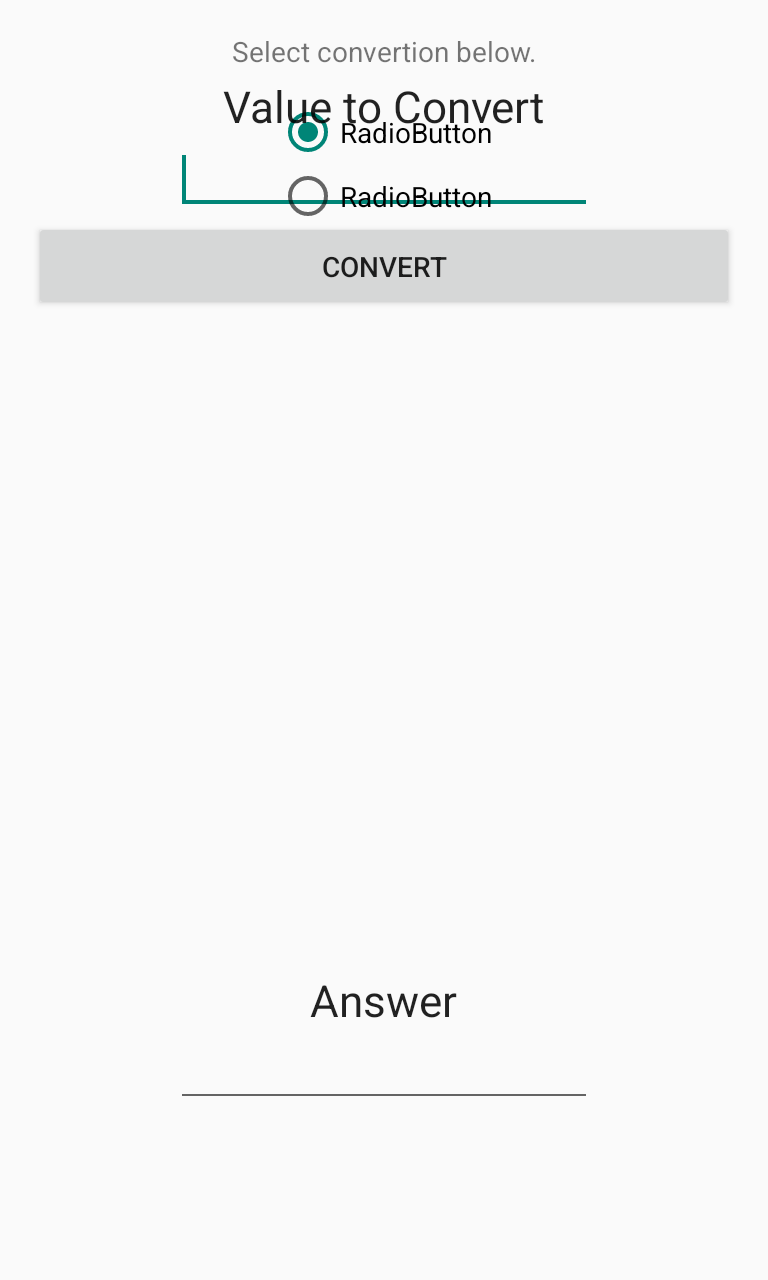
Repository: awayzo/6300Fall14Assignment4
Layout: UnitConvertor/res/layout/activity_dis.xml
These files come from the project's save history. The layout is drawn as it stood at one moment and after the next save; the edit follows.
It is drawn on a 768 x 1280 px phone screen (xhdpi) without system bars, with theme AppTheme; the app's code is not run.

Above is the layout before, as saved 2014-09-27 07:50:24.

### UnitConvertor/res/layout/activity_dis.xml
<RelativeLayout xmlns:android="http://schemas.android.com/apk/res/android"
    xmlns:tools="http://schemas.android.com/tools"
    android:layout_width="match_parent"
    android:layout_height="match_parent"
    android:paddingBottom="@dimen/activity_vertical_margin"
    android:paddingLeft="@dimen/activity_horizontal_margin"
    android:paddingRight="@dimen/activity_horizontal_margin"
    android:paddingTop="@dimen/activity_vertical_margin"
    tools:context="edu.gatech.seclass.unitconvertor.DisActivity" >

    <EditText
        android:id="@+id/txtAnswer"
        android:layout_width="wrap_content"
        android:layout_height="wrap_content"
        android:layout_alignParentBottom="true"
        android:layout_centerHorizontal="true"
        android:layout_marginBottom="68dp"
        android:ems="10"
        android:inputType="numberDecimal" />

    <TextView
        android:id="@+id/lblAnswer"
        android:layout_width="wrap_content"
        android:layout_height="wrap_content"
        android:layout_above="@+id/txtAnswer"
        android:layout_centerHorizontal="true"
        android:text="Answer"
        android:textAppearance="?android:attr/textAppearanceLarge" />

    <TextView
        android:id="@+id/lblTitle_Distance"
        android:layout_width="wrap_content"
        android:layout_height="wrap_content"
        android:layout_alignParentTop="true"
        android:layout_centerHorizontal="true"
        android:text="Select convertion below." />

    <EditText
        android:id="@+id/txtValue"
        android:layout_width="wrap_content"
        android:layout_height="wrap_content"
        android:layout_below="@+id/lblValue"
        android:layout_centerHorizontal="true"
        android:ems="10"
        android:inputType="numberDecimal" >

        <requestFocus />
    </EditText>

    <Button
        android:id="@+id/btnConvert"
        android:layout_width="match_parent"
        android:layout_height="wrap_content"
        android:layout_below="@+id/txtValue"
        android:layout_centerHorizontal="true"
        android:text="Convert" />

    <RadioGroup
        android:id="@+id/radioGroupDistance"
        android:layout_width="wrap_content"
        android:layout_height="wrap_content"
        android:layout_below="@+id/lblTitle_Distance"
        android:layout_centerHorizontal="true"
        android:layout_marginTop="15dp" >

        <RadioButton
            android:id="@+id/radio0"
            android:layout_width="wrap_content"
            android:layout_height="wrap_content"
            android:checked="true"
            android:text="RadioButton" />

        <RadioButton
            android:id="@+id/radio1"
            android:layout_width="wrap_content"
            android:layout_height="wrap_content"
            android:text="RadioButton" />

        <RadioButton
            android:id="@+id/radio2"
            android:layout_width="wrap_content"
            android:layout_height="wrap_content"
            android:text="RadioButton" />
    </RadioGroup>

    <TextView
        android:id="@+id/lblValue"
        android:layout_width="wrap_content"
        android:layout_height="wrap_content"
        android:layout_below="@+id/radioGroup1"
        android:layout_centerHorizontal="true"
        android:layout_marginTop="22dp"
        android:text="Value to Convert"
        android:textAppearance="?android:attr/textAppearanceLarge" />

</RelativeLayout>

Loaded but not shown: UnitConvertor/res/values/styles.xml (common file); UnitConvertor/res/values-v11/styles.xml (common file); UnitConvertor/res/values-v14/styles.xml (common file); UnitConvertor/res/values/dimens.xml (common file); UnitConvertor/res/values-w820dp/dimens.xml (common file)

After the next save:
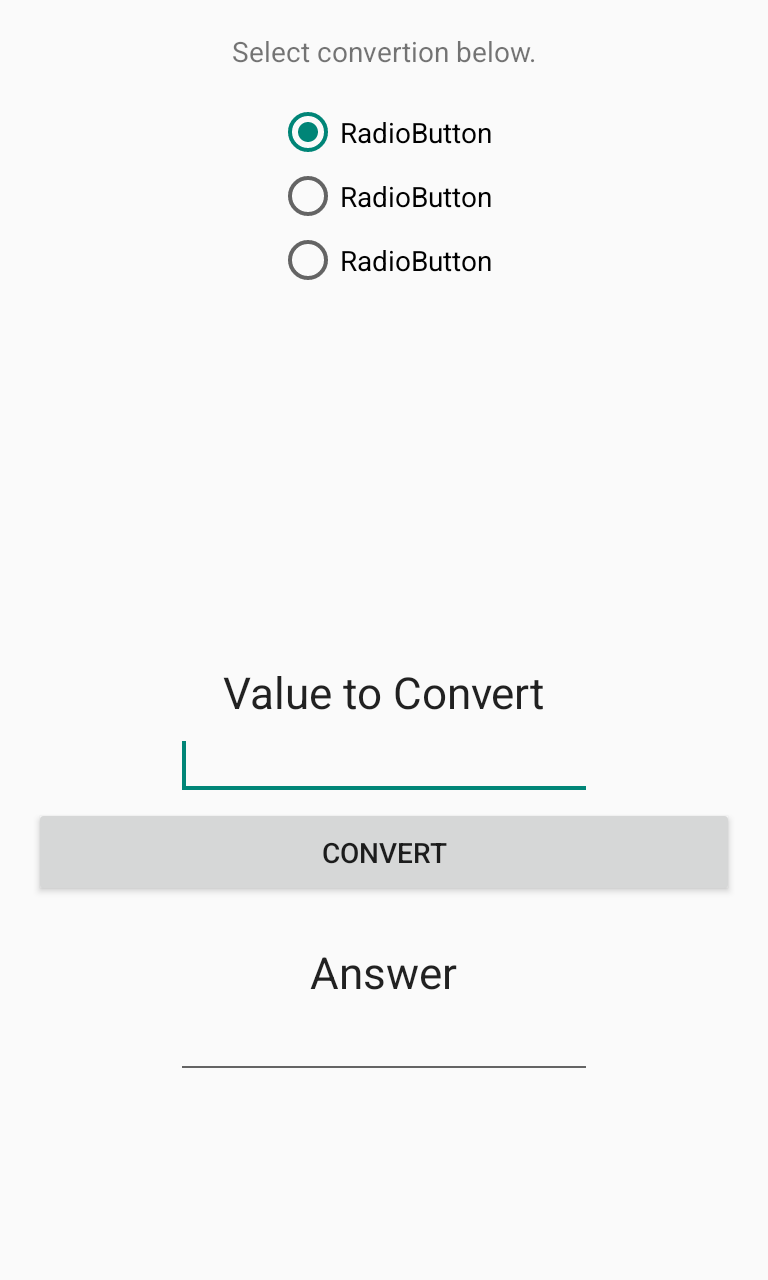
Saved 69 s later.
--- a/UnitConvertor/res/layout/activity_dis.xml
+++ b/UnitConvertor/res/layout/activity_dis.xml
@@ -8,25 +8,6 @@
     android:paddingTop="@dimen/activity_vertical_margin"
     tools:context="edu.gatech.seclass.unitconvertor.DisActivity" >
 
-    <EditText
-        android:id="@+id/txtAnswer"
-        android:layout_width="wrap_content"
-        android:layout_height="wrap_content"
-        android:layout_alignParentBottom="true"
-        android:layout_centerHorizontal="true"
-        android:layout_marginBottom="68dp"
-        android:ems="10"
-        android:inputType="numberDecimal" />
-
-    <TextView
-        android:id="@+id/lblAnswer"
-        android:layout_width="wrap_content"
-        android:layout_height="wrap_content"
-        android:layout_above="@+id/txtAnswer"
-        android:layout_centerHorizontal="true"
-        android:text="Answer"
-        android:textAppearance="?android:attr/textAppearanceLarge" />
-
     <TextView
         android:id="@+id/lblTitle_Distance"
         android:layout_width="wrap_content"
@@ -34,26 +15,6 @@
         android:layout_alignParentTop="true"
         android:layout_centerHorizontal="true"
         android:text="Select convertion below." />
-
-    <EditText
-        android:id="@+id/txtValue"
-        android:layout_width="wrap_content"
-        android:layout_height="wrap_content"
-        android:layout_below="@+id/lblValue"
-        android:layout_centerHorizontal="true"
-        android:ems="10"
-        android:inputType="numberDecimal" >
-
-        <requestFocus />
-    </EditText>
-
-    <Button
-        android:id="@+id/btnConvert"
-        android:layout_width="match_parent"
-        android:layout_height="wrap_content"
-        android:layout_below="@+id/txtValue"
-        android:layout_centerHorizontal="true"
-        android:text="Convert" />
 
     <RadioGroup
         android:id="@+id/radioGroupDistance"
@@ -83,14 +44,53 @@
             android:text="RadioButton" />
     </RadioGroup>
 
+    <Button
+        android:id="@+id/btnConvert"
+        android:layout_width="match_parent"
+        android:layout_height="wrap_content"
+        android:layout_above="@+id/lblAnswer"
+        android:layout_centerHorizontal="true"
+        android:layout_marginBottom="21dp"
+        android:text="Convert" />
+
     <TextView
         android:id="@+id/lblValue"
         android:layout_width="wrap_content"
         android:layout_height="wrap_content"
-        android:layout_below="@+id/radioGroup1"
+        android:layout_above="@+id/txtValue"
         android:layout_centerHorizontal="true"
-        android:layout_marginTop="22dp"
         android:text="Value to Convert"
         android:textAppearance="?android:attr/textAppearanceLarge" />
 
+    <EditText
+        android:id="@+id/txtValue"
+        android:layout_width="wrap_content"
+        android:layout_height="wrap_content"
+        android:layout_above="@+id/btnConvert"
+        android:layout_alignLeft="@+id/txtAnswer"
+        android:ems="10"
+        android:inputType="numberDecimal" >
+
+        <requestFocus />
+    </EditText>
+
+    <EditText
+        android:id="@+id/txtAnswer"
+        android:layout_width="wrap_content"
+        android:layout_height="wrap_content"
+        android:layout_alignParentBottom="true"
+        android:layout_centerHorizontal="true"
+        android:layout_marginBottom="82dp"
+        android:ems="10"
+        android:inputType="numberDecimal" />
+
+    <TextView
+        android:id="@+id/lblAnswer"
+        android:layout_width="wrap_content"
+        android:layout_height="wrap_content"
+        android:layout_above="@+id/txtAnswer"
+        android:layout_centerHorizontal="true"
+        android:text="Answer"
+        android:textAppearance="?android:attr/textAppearanceLarge" />
+
 </RelativeLayout>
